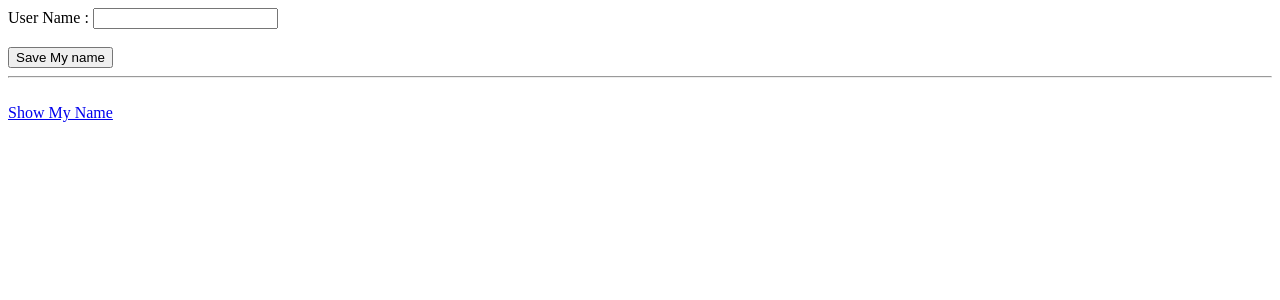
Repository: suraj-repositories/java-practice-2-advance-java-1
Page: http://localhost/Ad_17_SaveSessionData/
The author's editor kept a copy of each file at every save. The page is drawn from the files as they stood at one save, then again after the next save.
The browser window is 1280 px wide. The pictures show the whole page.
The page is served by Tomcat 9.

Above is the page before, as saved 2023-07-24 14:55:27.

After the next save:
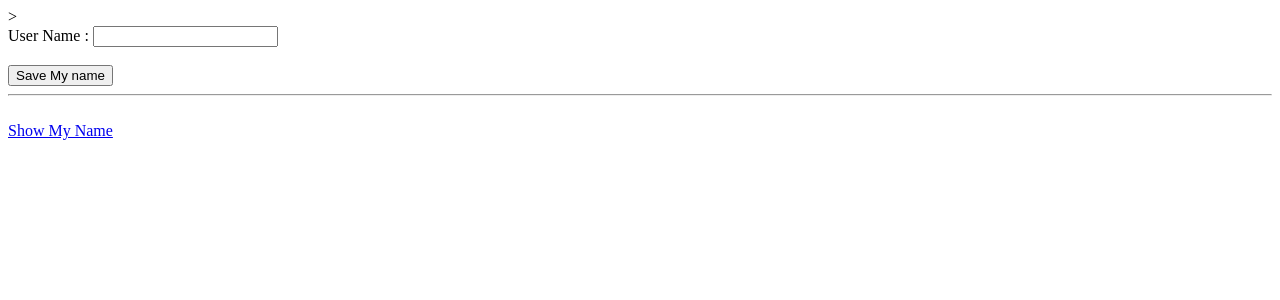
Saved 7 min 38 s later.
--- a/Ad_17_SaveSessionData/src/main/webapp/index.jsp
+++ b/Ad_17_SaveSessionData/src/main/webapp/index.jsp
@@ -7,7 +7,7 @@
 <title>Insert title here</title>
 </head>
 <body>
-
+	<!--  Action is the url-pattern in which servelt are mapped -->>
 	<form action="save-name" method="get">
 
 		User Name : <input type="text" name="username">
@@ -18,6 +18,7 @@
 
 	</form>
 
+	<!-- This href is also the url-pattern in which servelt are mapped -->
 	<a href="showMyName">Show My Name</a>
 
 </body>
